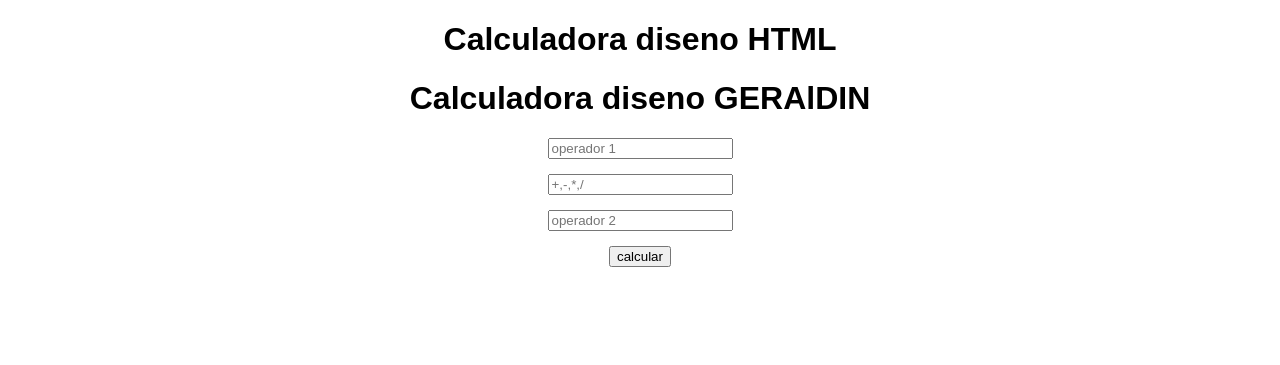
Repository: geraldine-ventura/Calculadora-JS
Page: indexcalcu.html
An editor plug-in stored every save of this project. The page is shown before and after the next save, followed by the edit.
The browser window is 1280 px wide. The pictures show the whole page.

Above is the page before, as saved 2022-12-13 21:35:52.

### indexcalcu.html
<!DOCTYPE html>
<html lang="en">
<head>
    <meta charset="UTF-8">
    <meta http-equiv="X-UA-Compatible" content="IE=edge">
    <meta name="viewport" content="width=device-width, initial-scale=1.0">
    <title>Calculadora HTML</title>
    <script src="./calculadora.js" defer></script>
    <style>
        body{
            font-family: sans-serif;
            text-align: center;
        }
        input{
            display: block;
            margin:auto;
            margin-bottom: 15px;
        }
    </style>
</head>
<body>
    <h1>Calculadora diseno HTML</h1>
    <h1>Calculadora diseno GERAlDIN

    </h1>
    <form action="" method="dialog">
      <input type="text" id="op1" placeholder="operador 1">
      <input type="text" id="operacion" placeholder="+,-,*,/">
      <input type="text"id="op2" placeholder="operador 2">
      <input type="submit" value="calcular" id="calcular">
   </form>

       <p id="resultado"></p>
</body>
</html>

### calculadora.js
console.log("java scrip conect exitosamente")
const txtop1 =document.getElementById("op1")
const txtOperacion=document.getElementById("operacion")
const txtop2 =document.getElementById("op2")
const btnCalcular= document.getElementById("calcular")
const pResultado= document.getElementById("resultado")

btnCalcular.addEventListener("click", calcular)

function calcular(){
//console.log(txtOperacion.Value)

  const operacion= txtOperacion.value
  const op1 = parseFloat (txtop1.value)
  const op2 = parseFloat (txtop2.value)

   if(operacion =="+"||operacion=="-"||operacion=="+"||operacion=="/"&&!isNaN(op1)&&!isNaN(op2)){
    let resultado;
    switch (operacion){
        case"+":
            resultado = op1 + op2
            break;
         case"-":
            resultado = op1 - op2
            break;
        case"*":
            resultado = op1 *op2
            break;
        case"/":
            resultado = op1 / op2
            break;
       }
    pResultado.style= "color:black"
    pResultado.innerText= "= " + resultado
  }else{
    pResultado.style= "color:red"
    pResultado.innerText= "calculo imposible"
 }
}

After the next save:
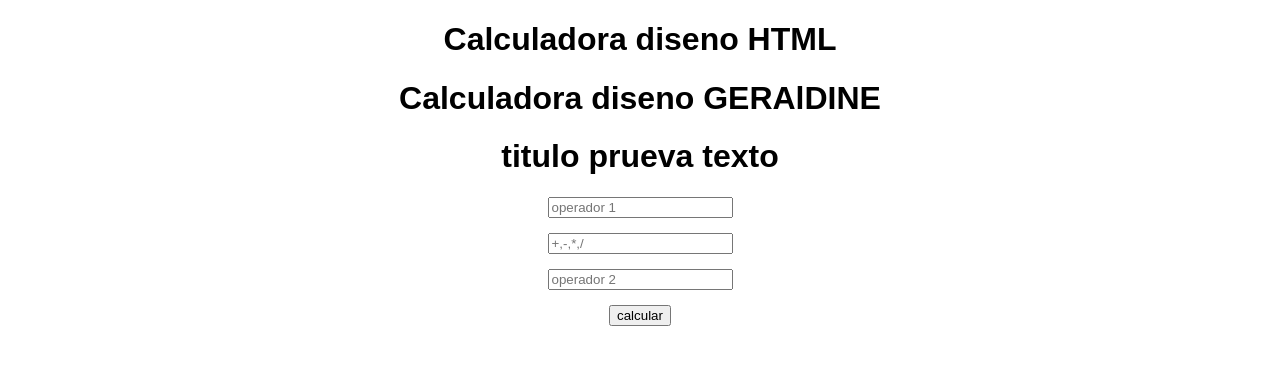
Saved 46 min 53 s later.
--- a/indexcalcu.html
+++ b/indexcalcu.html
@@ -20,9 +20,9 @@
 </head>
 <body>
     <h1>Calculadora diseno HTML</h1>
-    <h1>Calculadora diseno GERAlDIN
+    <h1>Calculadora diseno GERAlDINE</h1>
+    <h1>titulo prueva texto</h1>
 
-    </h1>
     <form action="" method="dialog">
       <input type="text" id="op1" placeholder="operador 1">
       <input type="text" id="operacion" placeholder="+,-,*,/">
